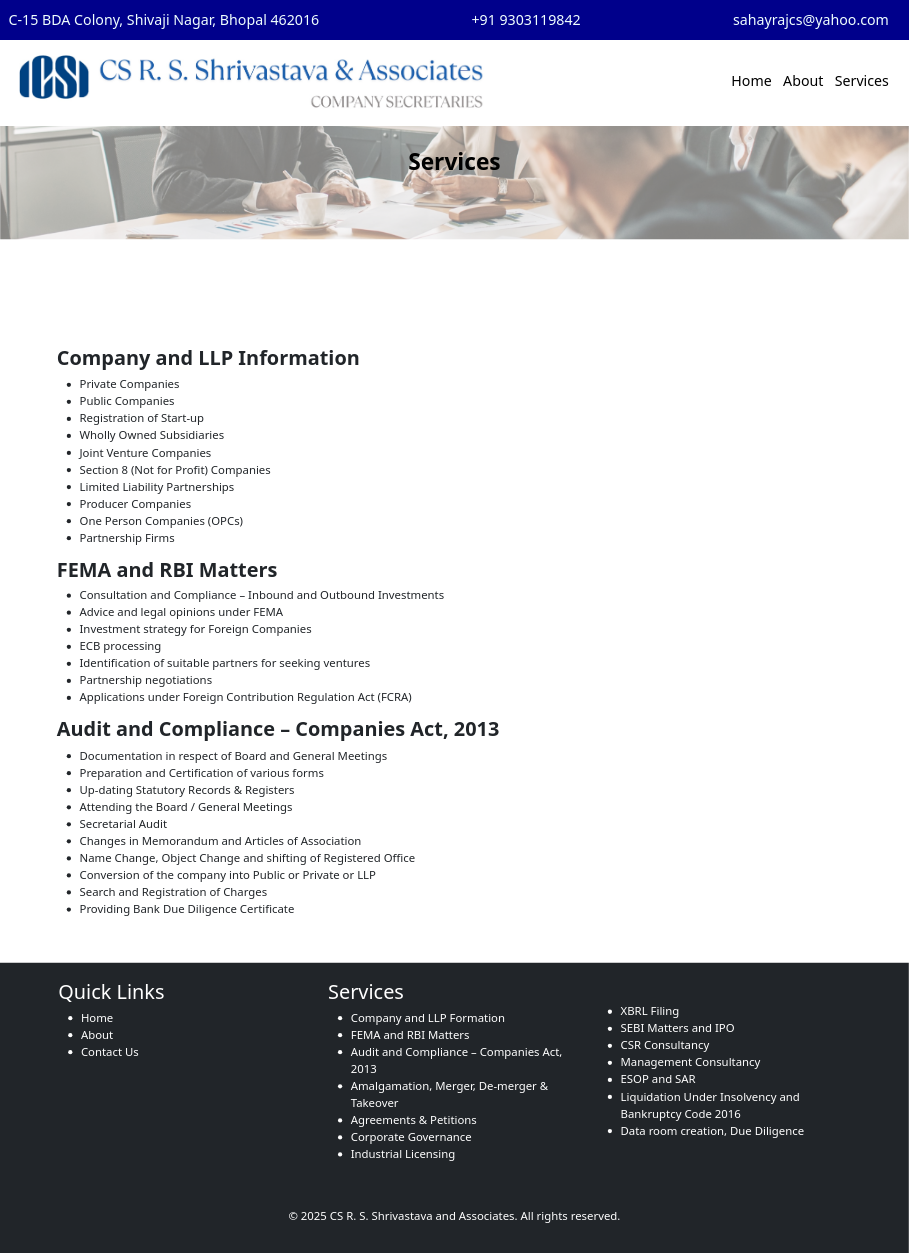
Repository: aayushiss/CS-RSS
Page: services.html
These files come from the project's save history. The page is drawn as it stood at one moment and after the next save; the edit follows.
The browser window is 1280 px wide. The page is 1292 px wide, so the pictures cover 1292 px, including what lies to the right of the window. The pictures show the whole page, at 71% of full size.

Above is the page before, as saved 2025-05-26 19:20:12.

After the next save:
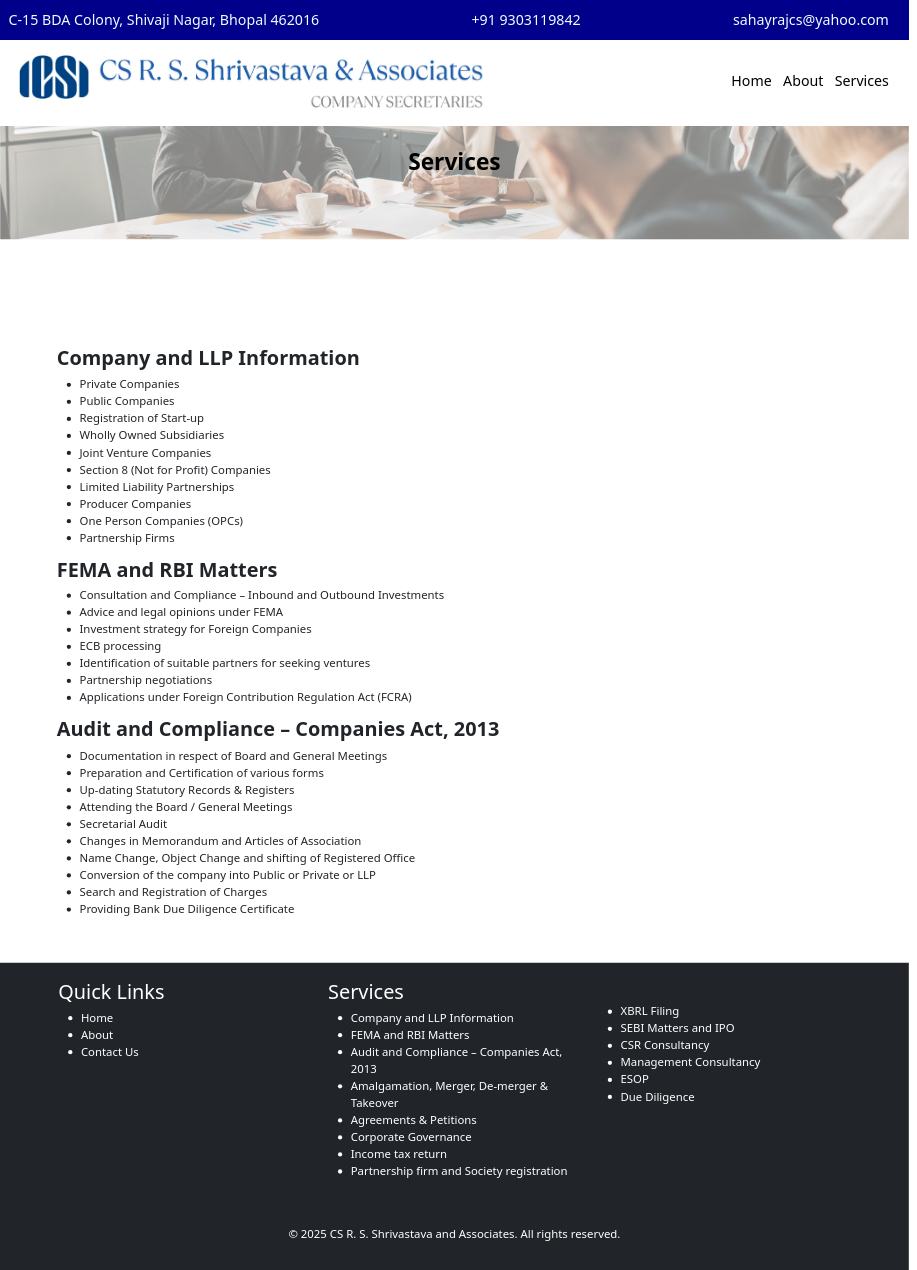
Saved 53 min 41 s later.
--- a/services.html
+++ b/services.html
@@ -94,45 +94,44 @@
     </div>
 
     <footer class="bg-dark text-white py-4 mt-5">
-        <div class="container">
-          <div class="row">
-            <div class="col">
-              <h3>Quick Links</h3>
-              <ul class="footer-links">
-                <li><a href="index.html">Home</a></li>
-                <li><a href="about.html">About</a></li>
-                <li><a href="index.html#contact-section">Contact Us</a></li>
-              </ul>
-            </div>
-            <div class="col">
-              <h3>Services</h3>
-              <ul class="footer-links">
-                <li><a href="index.html">Company and LLP Formation</a></li>
-                <li><a href="about.html">FEMA and RBI Matters</a></li>
-                <li><a href="#contact-section">Audit and Compliance – Companies Act, 2013</a></li>
-                <li><a href="hncjsd">Amalgamation, Merger, De-merger & Takeover</a></li>
-                <li><a href="hncjsd">Agreements & Petitions</a></li>
-                <li><a href="hncjsd">Corporate Governance</a></li>
-                <li><a href="hncjsd">Industrial Licensing</a></li>
-              </ul>
-            </div>
-            <div class="col" style="margin-top: 2rem;">
-              <ul class="footer-links">
-                <li><a href="hncjsd">XBRL Filing</a></li>
-                <li><a href="hncjsd">SEBI Matters and IPO</a></li>
-                <li><a href="hncjsd">CSR Consultancy</a></li>
-                <li><a href="hncjsd">Management Consultancy</a></li>
-                <li><a href="hncjsd">ESOP and SAR</a></li>
-                <li><a href="hncjsd">Liquidation Under
-                  Insolvency and Bankruptcy Code 2016</a></li>
-                <li><a href="hncjsd">Data room creation, Due Diligence</a></li>
-              </ul>
-            </div>
+      <div class="container">
+        <div class="row">
+          <div class="col">
+            <h3>Quick Links</h3>
+            <ul class="footer-links">
+              <li><a href="index.html">Home</a></li>
+              <li><a href="about.html">About</a></li>
+              <li><a href="#contact-section">Contact Us</a></li>
+            </ul>
           </div>
+          <div class="col">
+            <h3>Services</h3>
+            <ul class="footer-links">
+              <li><a href="services.html#Company-and-LLP-Info">Company and LLP Information</a></li>
+              <li><a href="services.html#FEMA-and-RBI-Matters">FEMA and RBI Matters</a></li>
+              <li><a href="services.html#Audit-and-Compliance">Audit and Compliance – Companies Act, 2013</a></li>
+              <li><a href="hncjsd">Amalgamation, Merger, De-merger & Takeover</a></li>
+              <li><a href="hncjsd">Agreements & Petitions</a></li>
+              <li><a href="hncjsd">Corporate Governance</a></li>
+              <li><a href="hncjsd">Income tax return</a></li>
+              <li><a href="hncjsd">Partnership firm and Society registration</a></li>
+            </ul>
+          </div>
+          <div class="col" style="margin-top: 2rem;">
+            <ul class="footer-links">
+              <li><a href="hncjsd">XBRL Filing</a></li>
+              <li><a href="hncjsd">SEBI Matters and IPO</a></li>
+              <li><a href="hncjsd">CSR Consultancy</a></li>
+              <li><a href="hncjsd">Management Consultancy</a></li>
+              <li><a href="hncjsd">ESOP</a></li>
+              <li><a href="hncjsd">Due Diligence</a></li>
+            </ul>
+          </div>
+        </div>
 
-        </div>
-        <p class="text-center mt-5">&copy; 2025 CS R. S. Shrivastava and Associates. All rights reserved.</p>
-      </footer>
+      </div>
+      <p class="text-center mt-5">&copy; 2025 CS R. S. Shrivastava and Associates. All rights reserved.</p>
+    </footer>
 
 </body>
 
